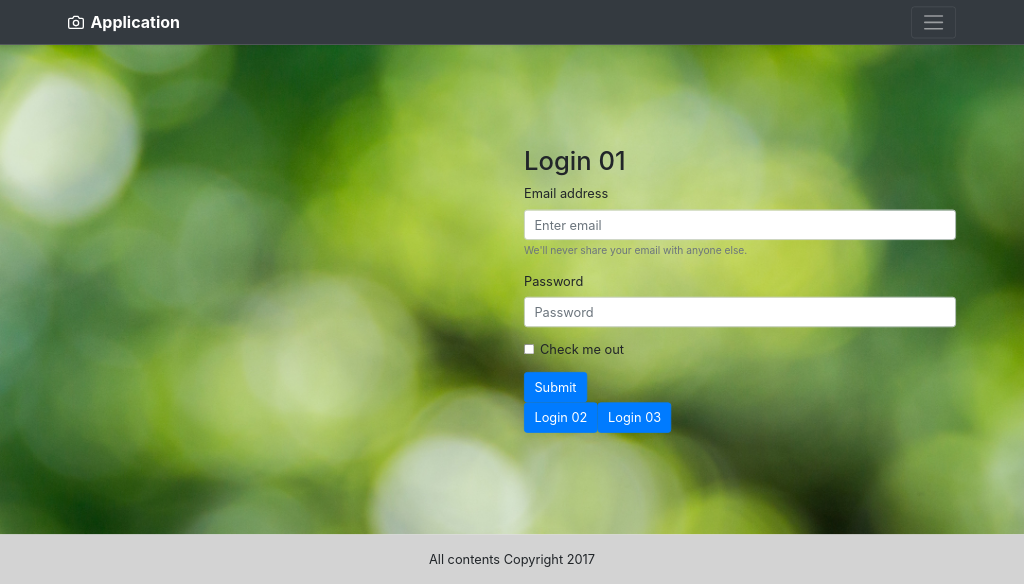
Repository: bijoysen/angular7-landing-login
Page: /
The author's editor kept a copy of each file at every save. The page is drawn from the files as they stood at one save, then again after the next save.
The browser window is 1280 px wide. The pictures show the whole page, at 80% of full size.
The project was rebuilt for these pictures with package versions that can differ from the ones it lists, and the page was loaded fresh each time. Also part of the build but not shown: angular.json, src/app/pre/landing/landing.component.ts.

Above is the page before, as saved 2018-12-17 19:26:52.

### src/index.html
<!doctype html>
<html lang="en">
<head>
  <meta charset="utf-8">
  <title>Angular7LandingLogin</title>
  <base href="/">

  <meta name="viewport" content="width=device-width, initial-scale=1">
  <link rel="icon" type="image/x-icon" href="favicon.ico">
</head>
<body>
  <app-root></app-root>
</body>
</html>

### src/app/app.module.ts
import { BrowserModule } from '@angular/platform-browser';
import { NgModule } from '@angular/core';

import { AppRoutingModule } from './app-routing.module';
import { AppComponent } from './app.component';
import { HeaderComponent } from './shared/header/header.component';
import { FooterComponent } from './shared/footer/footer.component';
import { LandingComponent } from './pre/landing/landing.component';
import { LoginOneComponent } from './pre/login-one/login-one.component';
import { LoginTwoComponent } from './pre/login-two/login-two.component';
import { LoginThreeComponent } from './pre/login-three/login-three.component';

@NgModule({
  declarations: [
    AppComponent,
    HeaderComponent,
    FooterComponent,
    LandingComponent,
    LoginOneComponent,
    LoginTwoComponent,
    LoginThreeComponent
  ],
  imports: [
    BrowserModule,
    AppRoutingModule
  ],
  providers: [],
  bootstrap: [AppComponent]
})
export class AppModule { }

### src/app/app.component.ts
import { Component } from '@angular/core';

@Component({
  selector: 'app-root',
  templateUrl: './app.component.html',
  styleUrls: ['./app.component.scss']
})
export class AppComponent {
  title = 'angular7-landing-login';
}

### src/app/pre/login-one/login-one.component.ts
import { Component, OnInit } from '@angular/core';

@Component({
  selector: 'app-login-one',
  templateUrl: './login-one.component.html',
  styleUrls: ['./login-one.component.scss']
})
export class LoginOneComponent implements OnInit {

  constructor() { }

  ngOnInit() {
  }

}

### src/app/app.component.html
<app-header></app-header>
<router-outlet></router-outlet>
<app-login-one></app-login-one>

<app-footer></app-footer>

### src/app/shared/header/header.component.html
<header>
	<!-- <div class="collapse bg-dark" id="navbarHeader">
		<div class="container">
			<div class="row">
				<div class="col-sm-8 col-md-7 py-4">
					<h4 class="text-white">About</h4>
					<p class="text-muted">Add some information about the album below, the author, or any other background context. Make it a few sentences long so folks can pick up some informative tidbits. Then, link them off to some social networking sites or contact information.</p>
				</div>
				<div class="col-sm-4 offset-md-1 py-4">
					<h4 class="text-white">Contact</h4>
					<ul class="list-unstyled">
						<li><a href="#" class="text-white">Follow on Twitter</a></li>
						<li><a href="#" class="text-white">Like on Facebook</a></li>
						<li><a href="#" class="text-white">Email me</a></li>
					</ul>
				</div>
			</div>
		</div>
	</div> -->
	<div class="navbar navbar-dark bg-dark shadow-sm">
		<div class="container d-flex justify-content-between">
			<a href="#" class="navbar-brand d-flex align-items-center">
				<svg xmlns="http://www.w3.org/2000/svg" width="20" height="20" viewBox="0 0 24 24" fill="none" stroke="currentColor" stroke-width="2" stroke-linecap="round" stroke-linejoin="round" class="mr-2"><path d="M23 19a2 2 0 0 1-2 2H3a2 2 0 0 1-2-2V8a2 2 0 0 1 2-2h4l2-3h6l2 3h4a2 2 0 0 1 2 2z"></path><circle cx="12" cy="13" r="4"></circle></svg>
				<strong>Application</strong>
			</a>
			<button class="navbar-toggler" type="button" data-toggle="collapse" data-target="#navbarHeader" aria-controls="navbarHeader" aria-expanded="false" aria-label="Toggle navigation">
			<span class="navbar-toggler-icon"></span>
			</button>
		</div>
	</div>
</header>

### src/app/shared/footer/footer.component.html
<footer class="pageFooter text-center">
  <p>All contents Copyright 2017</p>
</footer>

### src/app/shared/footer/footer.component.scss
.pageFooter {
    background: #d3d3d3;
    padding: 19px 0;
    p {
        margin-bottom: 0;
    }
}

### src/app/pre/login-one/login-one.component.html
<!-- Common Part Start -->
<section class="pageContent" style="background-image: url('assets/images/01.jpg')">
	<div class="container">
		<div class="row align-items-center">
			<div class="col-md-6"></div>
			<div class="col-md-6">
                <!-- New Section Start -->
                <h2>Login 01</h2>
                <form>
                    <div class="form-group">
                        <label for="exampleInputEmail1">Email address</label>
                        <input type="email" class="form-control" id="exampleInputEmail1" aria-describedby="emailHelp" placeholder="Enter email">
                        <small id="emailHelp" class="form-text text-muted">We'll never share your email with anyone else.</small>
                    </div>
                    <div class="form-group">
                        <label for="exampleInputPassword1">Password</label>
                        <input type="password" class="form-control" id="exampleInputPassword1" placeholder="Password">
                    </div>
                    <div class="form-group form-check">
                        <input type="checkbox" class="form-check-input" id="exampleCheck1">
                        <label class="form-check-label" for="exampleCheck1">Check me out</label>
                    </div>
                    <button type="submit" class="btn btn-primary">Submit</button>
                </form>

                <button type="submit" class="btn btn-primary">Login 02</button>
                <button type="submit" class="btn btn-primary">Login 03</button>
                <!-- New Section End -->
			</div>
		</div>
	</div>
</section>
<!-- Common Part End -->

### src/app/pre/login-one/login-one.component.scss
.pageContent {
    background-repeat: no-repeat;
    background-size: cover;
    background-position: center top;
    > .container > .row {
        height: 85vh;
    }
}

### src/app/pre/login-two/login-two.component.ts
import { Component, OnInit } from '@angular/core';

@Component({
  selector: 'app-login-two',
  templateUrl: './login-two.component.html',
  styleUrls: ['./login-two.component.scss']
})
export class LoginTwoComponent implements OnInit {

  constructor() { }

  ngOnInit() {
  }

}

### src/app/pre/login-three/login-three.component.ts
import { Component, OnInit } from '@angular/core';

@Component({
  selector: 'app-login-three',
  templateUrl: './login-three.component.html',
  styleUrls: ['./login-three.component.scss']
})
export class LoginThreeComponent implements OnInit {

  constructor() { }

  ngOnInit() {
  }

}

### src/app/pre/login-two/login-two.component.html
<h2>Login 02</h2>
<form>
  <div class="form-group">
    <label for="exampleInputEmail1">Email address</label>
    <input type="email" class="form-control" id="exampleInputEmail1" aria-describedby="emailHelp" placeholder="Enter email">
    <small id="emailHelp" class="form-text text-muted">We'll never share your email with anyone else.</small>
  </div>
  <div class="form-group">
    <label for="exampleInputPassword1">Password</label>
    <input type="password" class="form-control" id="exampleInputPassword1" placeholder="Password">
  </div>
  <div class="form-group form-check">
    <input type="checkbox" class="form-check-input" id="exampleCheck1">
    <label class="form-check-label" for="exampleCheck1">Check me out</label>
  </div>
  <button type="submit" class="btn btn-primary">Submit</button>
</form>

<button type="submit" class="btn btn-primary">Login 01</button>
<button type="submit" class="btn btn-primary">Login 03</button>

### src/app/pre/login-two/login-two.component.scss
.pageContent {
    background-repeat: no-repeat;
    background-size: cover;
    background-position: center top;
    > .container > .row {
        height: 85vh;
    }
}

### src/app/pre/login-three/login-three.component.html
<h2>Login 03</h2>
<form>
  <div class="form-group">
    <label for="exampleInputEmail1">Email address</label>
    <input type="email" class="form-control" id="exampleInputEmail1" aria-describedby="emailHelp" placeholder="Enter email">
    <small id="emailHelp" class="form-text text-muted">We'll never share your email with anyone else.</small>
  </div>
  <div class="form-group">
    <label for="exampleInputPassword1">Password</label>
    <input type="password" class="form-control" id="exampleInputPassword1" placeholder="Password">
  </div>
  <div class="form-group form-check">
    <input type="checkbox" class="form-check-input" id="exampleCheck1">
    <label class="form-check-label" for="exampleCheck1">Check me out</label>
  </div>
  <button type="submit" class="btn btn-primary">Submit</button>
</form>

<button type="submit" class="btn btn-primary">Login 01</button>
<button type="submit" class="btn btn-primary">Login 02</button>

### src/app/pre/login-three/login-three.component.scss
.pageContent {
    background-repeat: no-repeat;
    background-size: cover;
    background-position: center top;
    > .container > .row {
        height: 85vh;
    }
}

Loaded but not shown: src/styles.scss (common file); src/main.ts (common file); src/environments/environment.ts (common file); src/app/app-routing.module.ts (common file); src/app/shared/header/header.component.ts (common file); src/app/shared/footer/footer.component.ts (common file); src/app/shared/header/header.component.scss (no stored copy; drawn as an empty file); src/app/app.component.scss (no stored copy; drawn as an empty file)

After the next save:
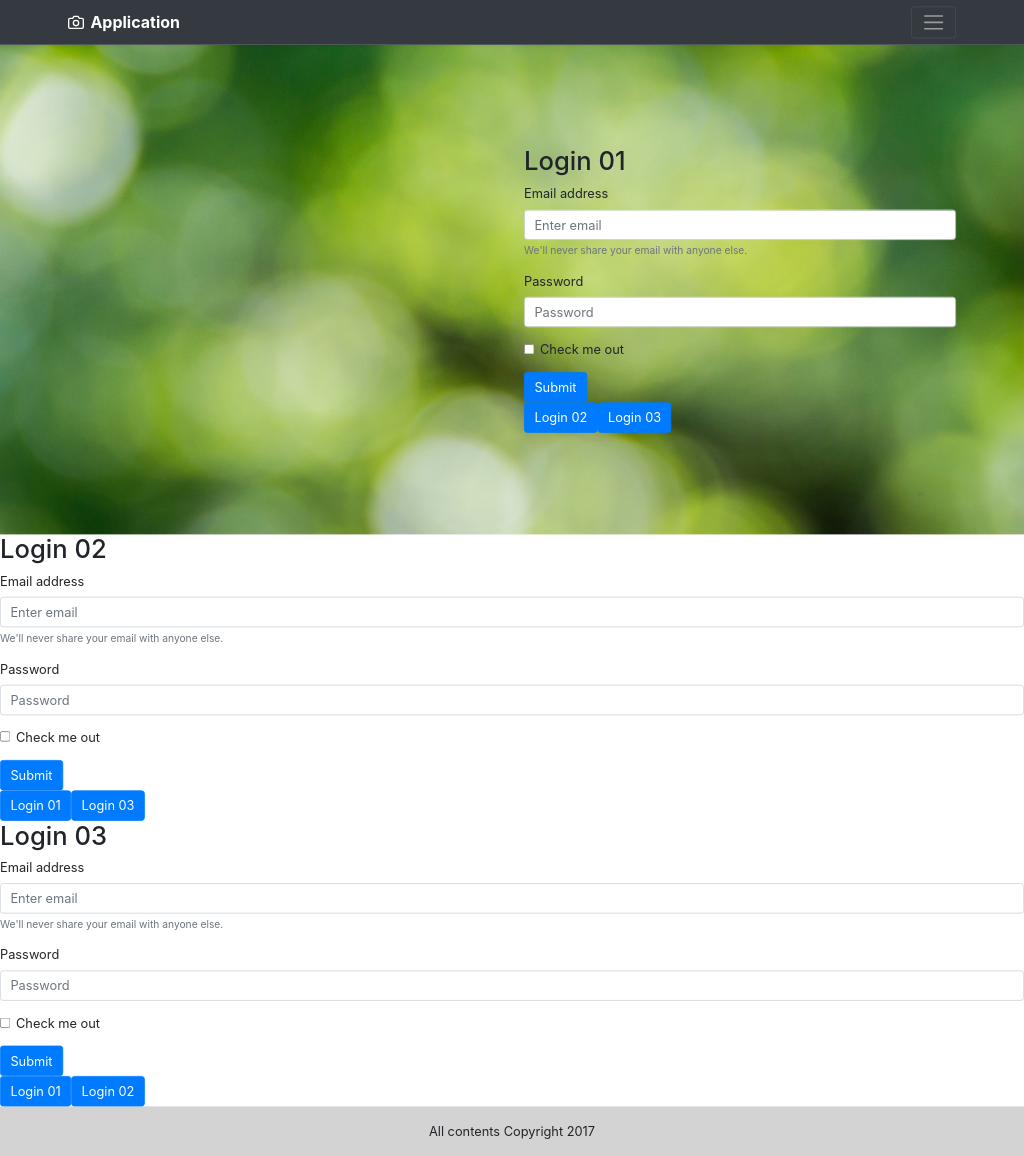
Saved 54 s later.
--- a/src/app/app.component.html
+++ b/src/app/app.component.html
@@ -1,5 +1,8 @@
 <app-header></app-header>
 <router-outlet></router-outlet>
+<!-- <app-landing></app-landing> -->
 <app-login-one></app-login-one>
+<app-login-two></app-login-two>
+<app-login-three></app-login-three>
 
 <app-footer></app-footer>

After the save that followed:
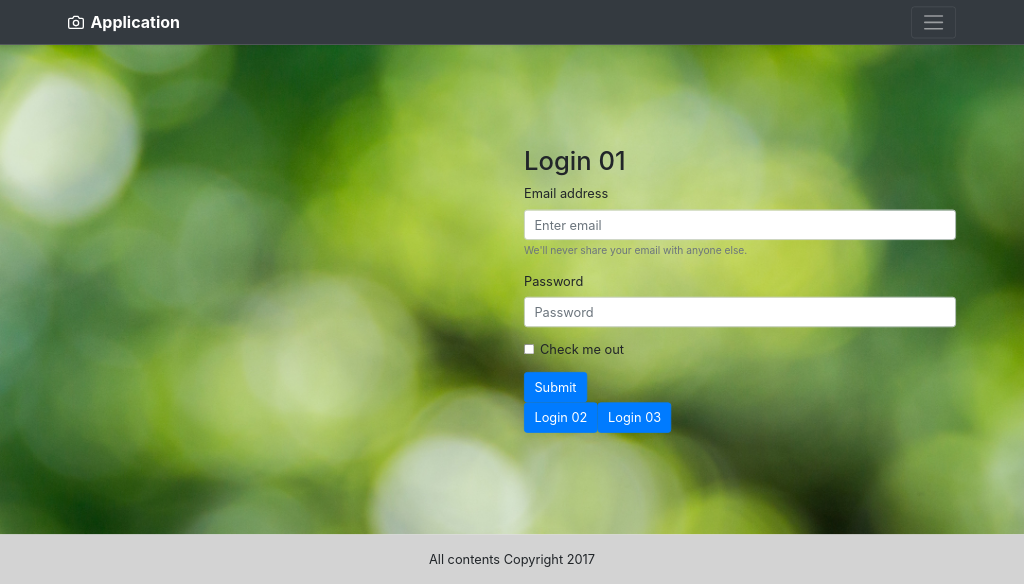
Saved 13 s later.
--- a/src/app/app.component.html
+++ b/src/app/app.component.html
@@ -2,7 +2,7 @@
 <router-outlet></router-outlet>
 <!-- <app-landing></app-landing> -->
 <app-login-one></app-login-one>
-<app-login-two></app-login-two>
-<app-login-three></app-login-three>
+<!-- <app-login-two></app-login-two> -->
+<!-- <app-login-three></app-login-three> -->
 
 <app-footer></app-footer>
